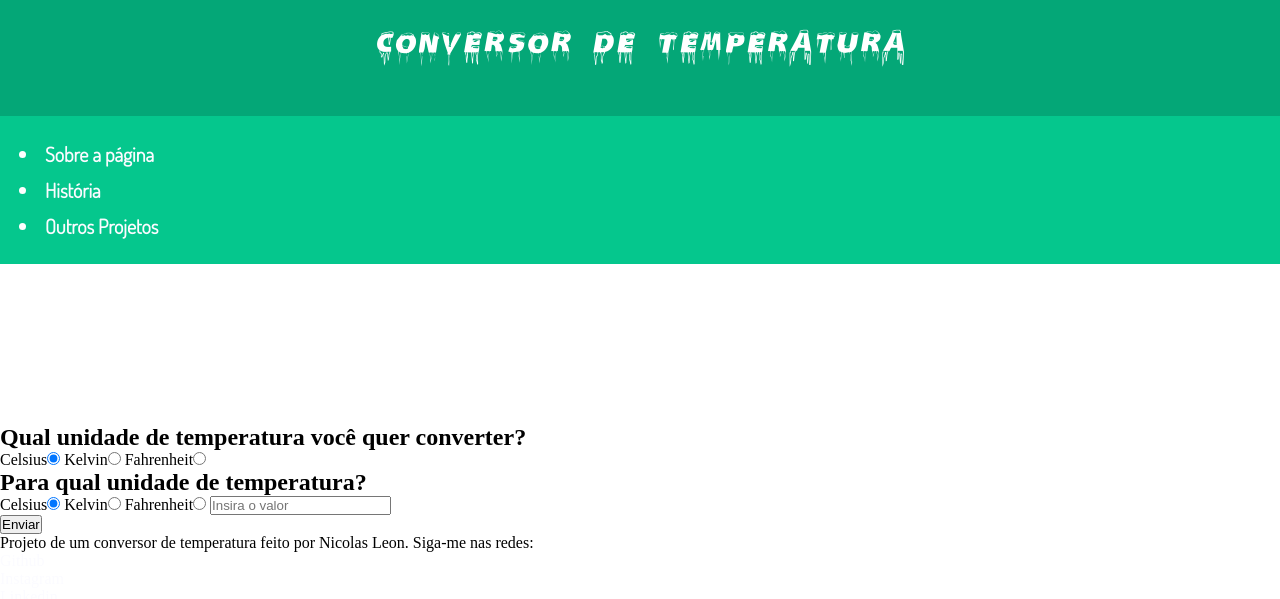
Repository: Leonngc/Conversor-de-temperatura
Page: index.html
The author's editor kept a copy of each file at every save. The page is drawn from the files as they stood at one save, then again after a run of saves.
The browser window is 1280 px wide. The pictures show the whole page.
Some icons come from a web library that is not loaded, so they are not drawn.

Above is the page before, as saved 2023-02-10 20:25:49.

### index.html
<!DOCTYPE html>
<html lang="pt-br">
<head>
    <meta charset="UTF-8">
    <meta http-equiv="X-UA-Compatible" content="IE=edge">
    <meta name="viewport" content="width=device-width, initial-scale=1.0">
    <link rel='stylesheet' href='https://cdn-uicons.flaticon.com/uicons-bold-straight/css/uicons-bold-straight.css'>
    <link rel="stylesheet" href="style.css">
    <title>Conversor de temperatura</title>
</head>
<body>
    <header>
        <h1>Conversor de Temperatura</h1>
        <button id="menu-button"><i class="fi fi-bs-menu-burger"></i></button>

        <menu>
            <ul id="links-menu">
                <li><a href="">Sobre a página</a></li>
                <li><a href="">História</a></li>
                <li><a href="">Outros Projetos</a></li>
            </ul>
        </menu>
    </header>

    <main>
       <form>
        <h2>Qual unidade de temperatura você quer converter?</h2>
        <label for="celsius">Celsius</label><input type="radio" name="unidade" id="celsius" checked>
        <label for="kelvin">Kelvin</label><input type="radio" name="unidade" id="kelvin">
        <label for="fahrenheit">Fahrenheit</label><input type="radio" name="unidade" id="fahrenheit">
        <br>
       </form>
       <form>
        <h2>Para qual unidade de temperatura?</h2>
        <label for="cel-res">Celsius</label><input type="radio" name="unidade" id="celsius" checked>
        <label for="kelvin">Kelvin</label><input type="radio" name="unidade" id="kel-res">
        <label for="fahrenheit">Fahrenheit</label><input type="radio" name="unidade" id="fah-res">
        <input type="number" name="graus" id="graus" placeholder="Insira o valor">
       </form>
       <button id="submit">Enviar</button>
    </main>

    <footer>
        <p>Projeto de um conversor de temperatura feito por Nicolas Leon. Siga-me nas redes: </p>
        <ul>
            <li><a href="">Github</a></li>
            <li><a href="">Instagram</a></li>
            <li><a href="">Linkedin</a></li>
        </ul>
    </footer>
</body>
</html>

### style.css
@charset "UTF-8";
@import url('https://fonts.googleapis.com/css2?family= Dosis:wght@300 & display = swap');
@font-face {
    font-family: Title;
    src: url(fonts/IceCaps.ttf);
}

:root{
    --yellow: #F7FF58;
    --snow: #FBFBFF;
    --blackout: #040F16;
    --dosis: 'Dosis', sans-serif;
    --contrail:'Contrail One', cursive;
}

*{
    margin: 0;
    padding: 0;
    box-sizing: border-box;
}

header{
    background-color: #04A777;
    margin-bottom: 160px;
    max-width: 100vw;
    color: white;
}

header > h1{
    font-family: Title, sans-serif;
    font-weight: lighter;
    text-align: center;
    font-size: 40px;
    padding: 30px;
}

menu{
    background-color: #05C78D;
    padding: 20px;
    max-width: 100vw;
}

menu > ul{
    margin-left: 20px;
    font-size: 20px;
    font-family: var(--dosis);
    font-weight: bold;
    color: white;
}

menu > ul > li{
    padding: 5px;
}

li > a{
    text-decoration: none;
    color: #FBFBFF;
}

li > a:hover{
    color: #03583e;
    text-decoration: underline;
}

#menu-button{
    background-color: #03583e00;
    border: none;
    color: white;
    font-size: 28px;
    margin-left: 15px;
    marg

}

After the next 2 saves:
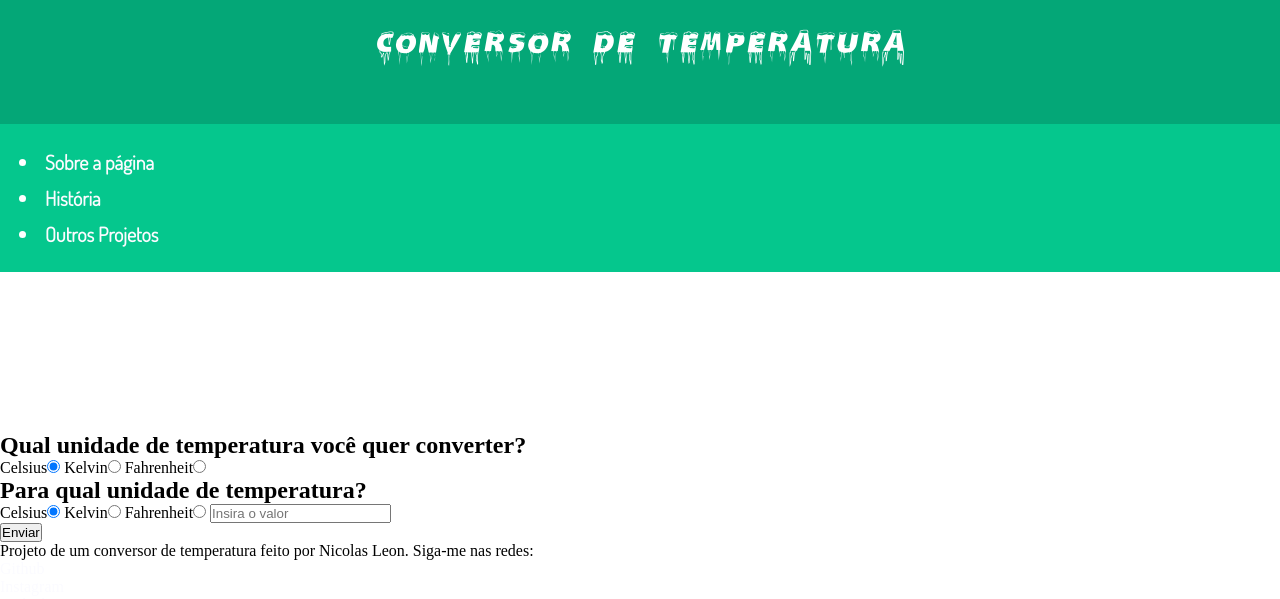
The 2 saves are shown as one change because they came seconds apart.
The last was saved 3 s later.
--- a/style.css
+++ b/style.css
@@ -68,6 +68,6 @@ li > a:hover{
     color: white;
     font-size: 28px;
     margin-left: 15px;
-    marg
+    margin-bottom: 12px;
 
 }
